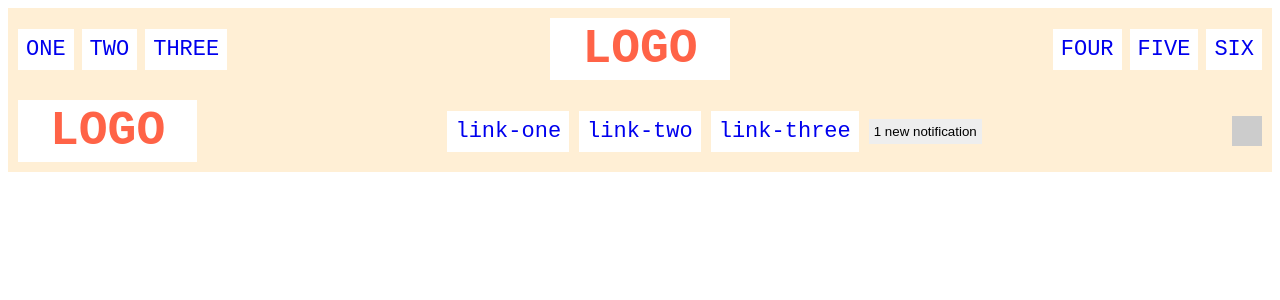
Repository: HeliosAI9/First-test-website
Page: mywebsite/html-boilerplate/pages/flex.html
An editor plug-in stored every save of this project. The page is shown before and after the next save, followed by the edit.
The browser window is 1280 px wide. The pictures show the whole page.

Above is the page before, as saved 2023-06-02 02:31:29.

After the next save:
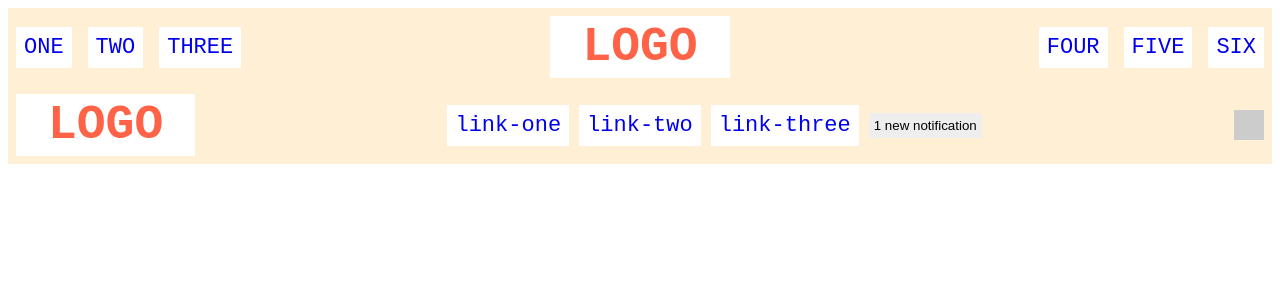
Saved 2 min 33 s later.
--- a/mywebsite/html-boilerplate/css/flex.css
+++ b/mywebsite/html-boilerplate/css/flex.css
@@ -70,3 +70,26 @@
     height: 30px;
     background-color: #ccc;
   }
+
+  /* this is some magical font-importing.
+you'll learn about it later. */
+@import url('https://fonts.googleapis.com/css2?family=Besley:ital,wght@0,400;1,900&display=swap');
+
+.header {
+    display: flex;
+    justify-content: space-between;
+    padding: 8px;
+  }
+
+  ul {
+    display: flex;
+    margin: 0;
+    padding: 0;
+    gap: 16px;
+  }
+
+  .left, .right {
+    display: flex;
+    align-items: center;
+    gap: 16px;
+  }
